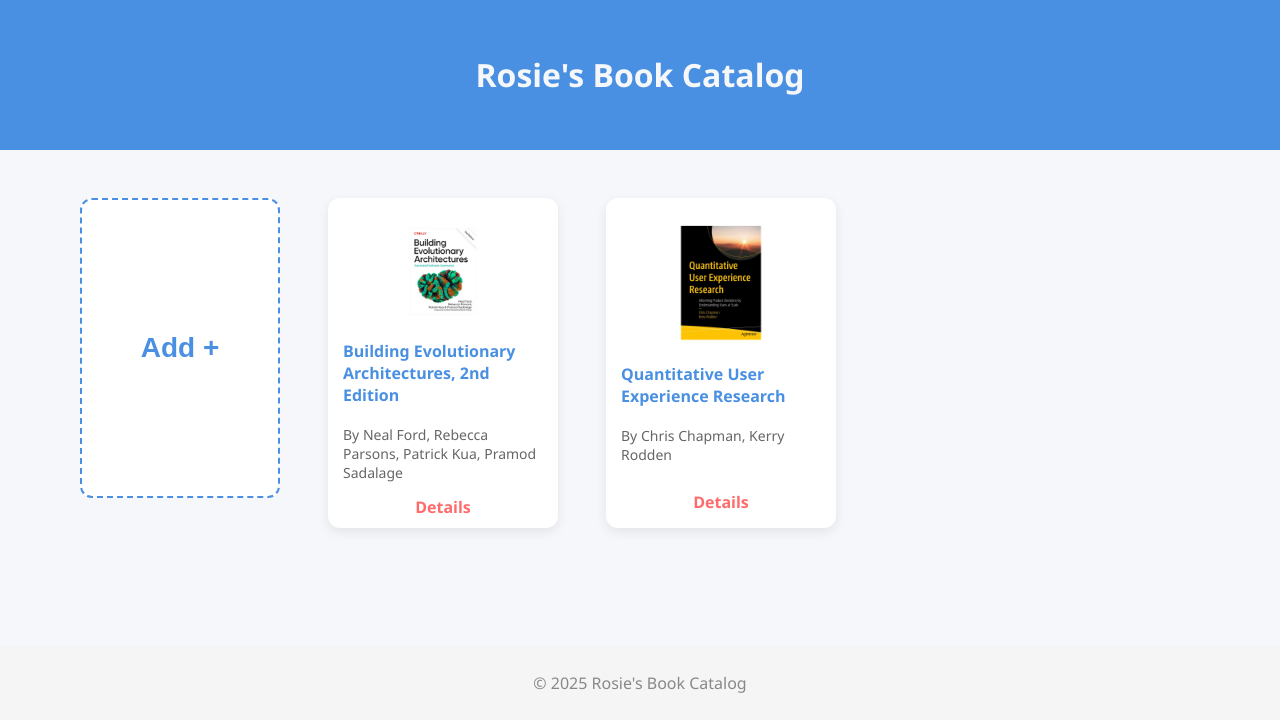
Repository: rosielee09/book-catalog
Page: /
These files come from the project's save history. The page is drawn as it stood at one moment and after the next save; the edit follows.
The browser window is 1280 px wide. The pictures show the whole page.
The project was rebuilt for these pictures with package versions that can differ from the ones it lists, and the page was loaded fresh each time. Also part of the build but not shown: vite.config.js.

Above is the page before, as saved 2025-09-12 20:37:29.

### index.html
<!DOCTYPE html>
<html lang="en">
	<head>
		<meta charset="UTF-8" />
		<link rel="icon" type="image/svg+xml" href="/vite.svg" />
		<meta
			name="viewport"
			content="width=device-width, initial-scale=1.0"
		/>
		<title>Rosie's bookstore</title>
	</head>
	<body>
		<div id="root"></div>
		<script type="module" src="/src/main.jsx"></script>
	</body>
</html>

### src/index.css
html,
body,
#root {
	height: 100%;
	margin: 0;
}

:root {
	--card-width: 200px;
	--card-height: 300px;
	--primary-color: #4a90e2;
	--secondary-color: #f5f7fa;
	--accent-color: #ff6b6b;
	--text-color: #333;
}

body {
	margin: 0;
	font-family: "Segoe UI", Roboto, Arial, sans-serif;
	background-color: var(--secondary-color);
	color: var(--text-color);
}

.app {
	min-height: 100%;
	display: flex;
	flex-direction: column;
}

/* Header */
.app-header {
	padding: 2rem;
	text-align: center;
	background-color: var(--primary-color);
}

.app-header h1 {
	font-weight: 700;
	color: var(--secondary-color);
}

.content {
	display: flex;
	justify-content: left;
	gap: 3rem;
	margin: 3rem 5rem;
}

.book-card {
	width: var(--card-width);
	height: var(--card-height);
	border-radius: 12px;
	padding: 15px;
	background-color: #fff;
	box-shadow: 0 4px 12px rgba(0, 0, 0, 0.08);
	display: flex;
	flex-direction: column;
	justify-content: space-between;
	align-items: center;
	transition: transform 0.2s ease, box-shadow 0.2s ease;
}

.book-card:hover {
	transform: translateY(-4px);
	box-shadow: 0 8px 20px rgba(0, 0, 0, 0.12);
}

.book-image {
	width: 100px;
	height: 140px;
	object-fit: cover;
	border-radius: 6px;
}

.book-title {
	font-size: 16px;
	margin: 10px 0 5px;
	color: var(--primary-color);
}

.book-author {
	font-size: 14px;
	color: #666;
}

.book-link {
	margin-top: auto;
	color: var(--accent-color);
	text-decoration: none;
	font-weight: bold;
}
.book-link:hover {
	text-decoration: underline;
}

/* Add Button */
.add-button {
	width: var(--card-width);
	height: var(--card-height);
	border-radius: 12px;
	border: 2px dashed var(--primary-color);
	font-size: 28px;
	font-weight: bold;
	color: var(--primary-color);
	background-color: #fff;
	cursor: pointer;
	transition: all 0.3s ease;
}

.add-button:hover {
	background-color: var(--primary-color);
	color: #fff;
}

.app-footer {
	margin-top: auto;
	font-size: 1rem;
	color: #888;
	text-align: center;
	padding: 10px;
	background: #f5f5f5; /* optional: give footer background */
}

### src/App.jsx
import Book from "./Book.jsx";
import architectureImage from "./assets/building-evolutionary-architectures.png";
import uxImage from "./assets/quantative-user-research.png";

function App() {
	return (
		<div className='app'>
			<header className='app-header'>
				<h1>Rosie's Book Catalog</h1>
			</header>
			<main className='content'>
				<button className='add-button'>Add +</button>
				<Book
					image={architectureImage}
					title='Building Evolutionary Architectures, 2nd Edition'
					author='Neal Ford, Rebecca Parsons, Patrick Kua, Pramod Sadalage'
					link='https://itbook.store/books/9781492097549'
				/>
				<Book
					image={uxImage}
					title='Quantitative User Experience Research'
					author='Chris Chapman, Kerry Rodden'
					link='https://itbook.store/books/9781484292679'
				/>
			</main>

			<footer className='app-footer'>
				<p>© 2025 Rosie's Book Catalog</p>
			</footer>
		</div>
	);
}

export default App;

### src/Book.jsx
export default function Book({ title, author, image, link }) {
	return (
		<div className='book-card'>
			<img src={image} alt={title} className='book-image' />
			<h3 className='book-title'>{title}</h3>
			<p className='book-author'>By {author}</p>
			<a href={link} target='_blank' className='book-link'>
				Details
			</a>
		</div>
	);
}

Loaded but not shown: src/main.jsx (common file)

After the next save:
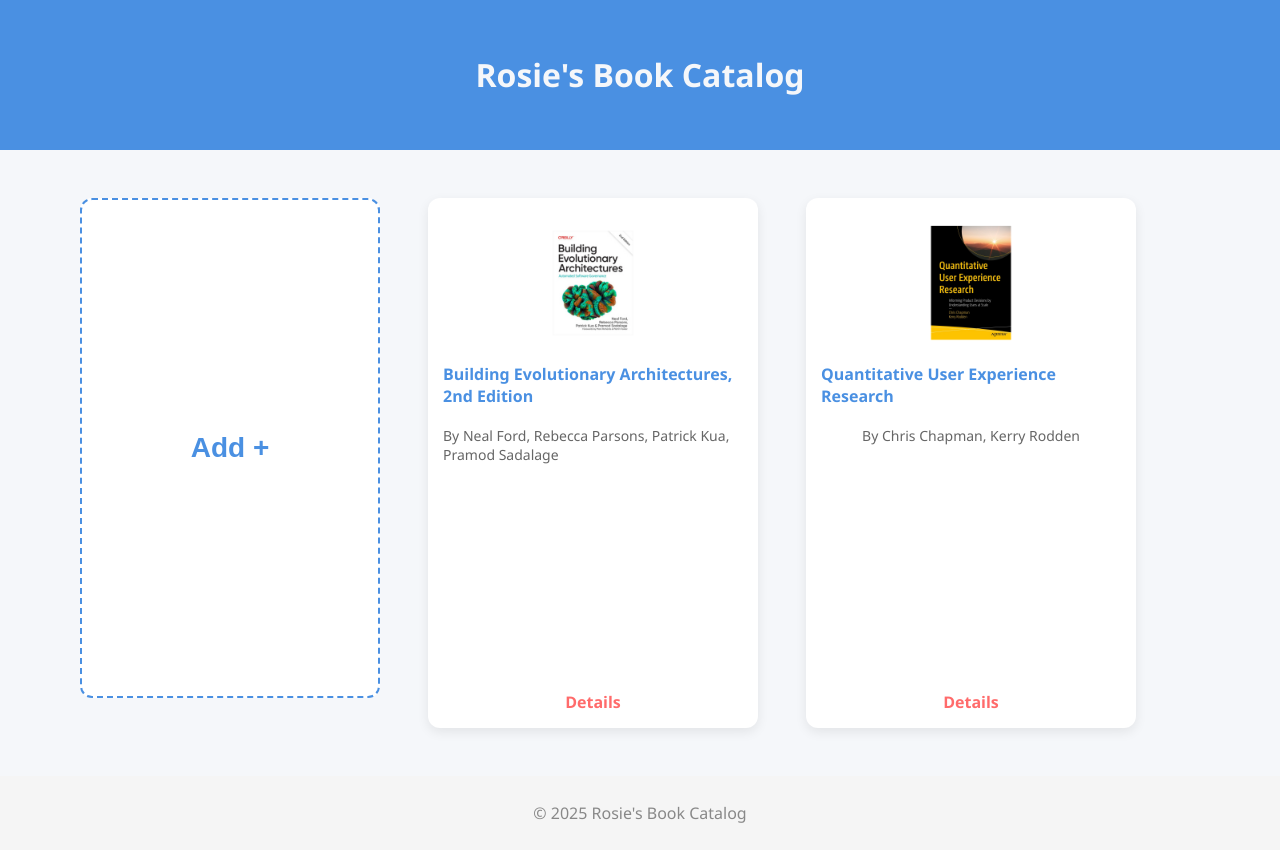
Saved 26 s later.
--- a/src/index.css
+++ b/src/index.css
@@ -6,8 +6,8 @@
 }
 
 :root {
-	--card-width: 200px;
-	--card-height: 300px;
+	--card-width: 300px;
+	--card-height: 500px;
 	--primary-color: #4a90e2;
 	--secondary-color: #f5f7fa;
 	--accent-color: #ff6b6b;
